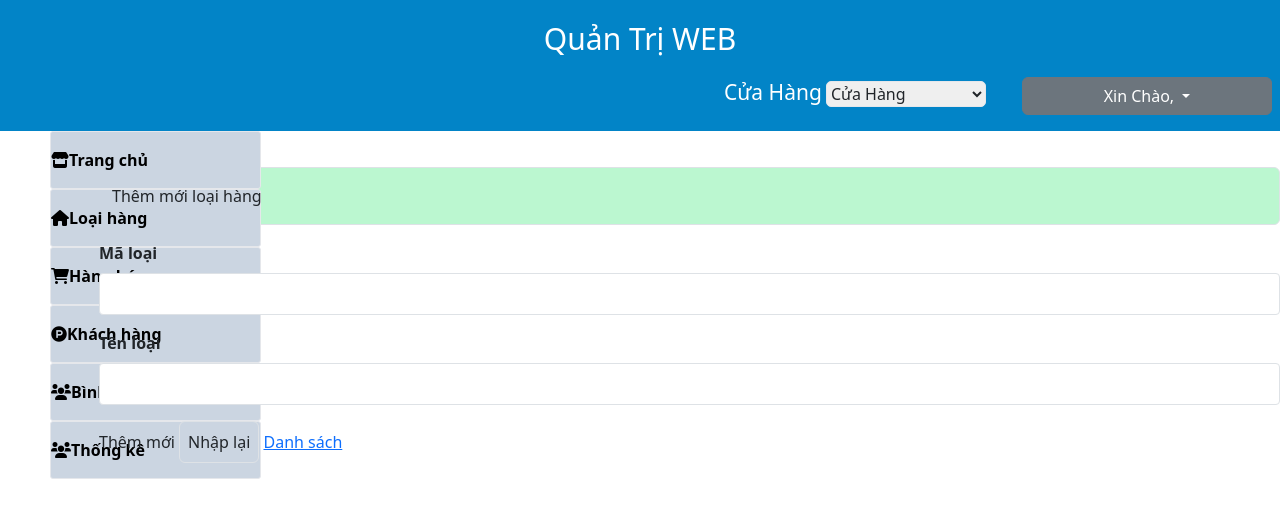
Repository: Leduc20/ASM-duanmau
Page: http://localhost/admin/index.php?act=addlh
These files come from the project's save history. The page is drawn as it stood at one moment and after a run of saves; the edit follows.
The browser window is 1280 px wide. The pictures show the whole page.
Some web libraries are served in a nearby version. The page is run by PHP 8.4 with error messages shown; the project is at /var/www/html/.

Above is the page before, as saved 2022-10-07 01:07:44.

After the next 2 saves:
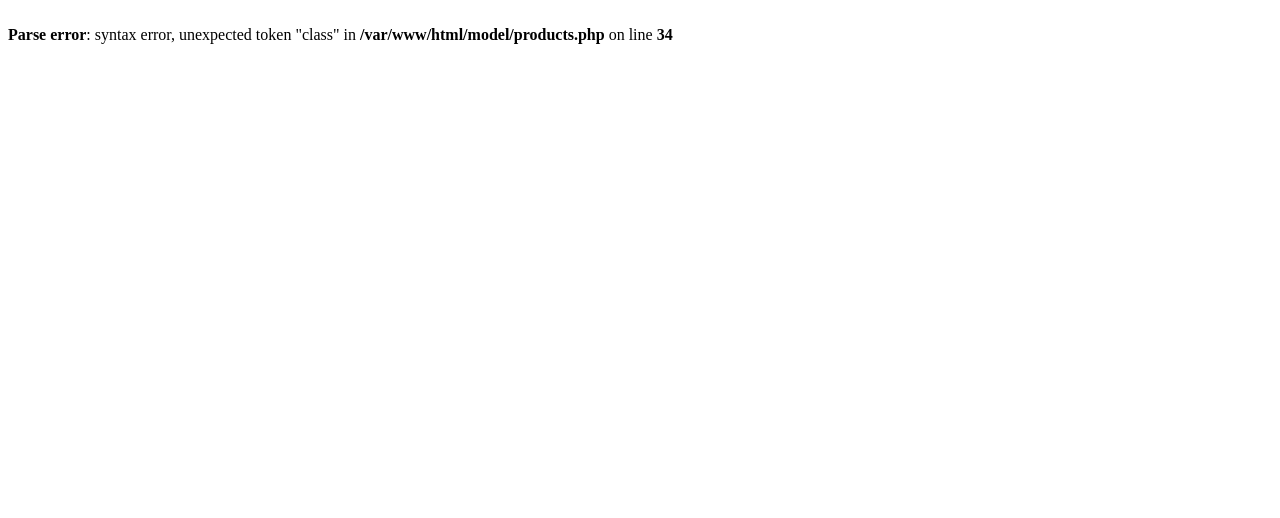
The 2 saves are shown as one change because they came seconds apart.
The last was saved 9 s later.
--- a/model/products.php
+++ b/model/products.php
@@ -31,7 +31,7 @@
 function update_products($id_hh,$name, $filename, $price, $detail, $sale, $idlh)
 {
     if($filename!=""){
-        $sql="UPDATE `products` SET `name`='$name',`image`='$filename',`price`='$price',`detail`='$detail',`sale`='$sale',`id_commodities`='$idlh' where `id_hh`=".$id;
+        $sql="UPDATE `products` SET `name`='$name',`image`='$filename',`price`='$price',`detail`='$detail',`sale`='$sale',`id_commodities`='$idlh' where `id_hh`="<div class="1id_hh"></div>;
     }else{
         $sql="UPDATE `products` SET `name`='$name',`price`='$price',`detail`='$detail',`sale`='$sale',`id_commodities`='$idlh' where `id_hh`=".$id;
     }

After the save that followed:
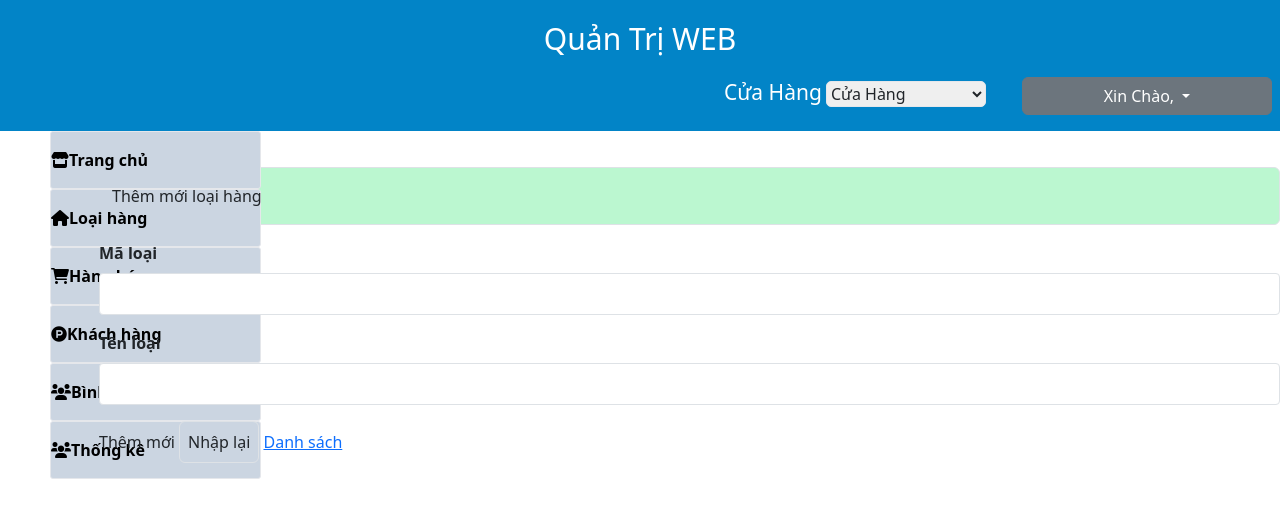
Saved 4 s later.
--- a/model/products.php
+++ b/model/products.php
@@ -31,9 +31,9 @@
 function update_products($id_hh,$name, $filename, $price, $detail, $sale, $idlh)
 {
     if($filename!=""){
-        $sql="UPDATE `products` SET `name`='$name',`image`='$filename',`price`='$price',`detail`='$detail',`sale`='$sale',`id_commodities`='$idlh' where `id_hh`="<div class="1id_hh"></div>;
+        $sql="UPDATE `products` SET `name`='$name',`image`='$filename',`price`='$price',`detail`='$detail',`sale`='$sale',`id_commodities`='$idlh' where `id_hh`=".$id_hh;
     }else{
-        $sql="UPDATE `products` SET `name`='$name',`price`='$price',`detail`='$detail',`sale`='$sale',`id_commodities`='$idlh' where `id_hh`=".$id;
+        $sql="UPDATE `products` SET `name`='$name',`price`='$price',`detail`='$detail',`sale`='$sale',`id_commodities`='$idlh' where `id_hh`=".$id_hh;
     }
 
     // $sql = "UPDATE ` products` SET name='" . $tenloai . "' WHERE id_hh=" . $id;
